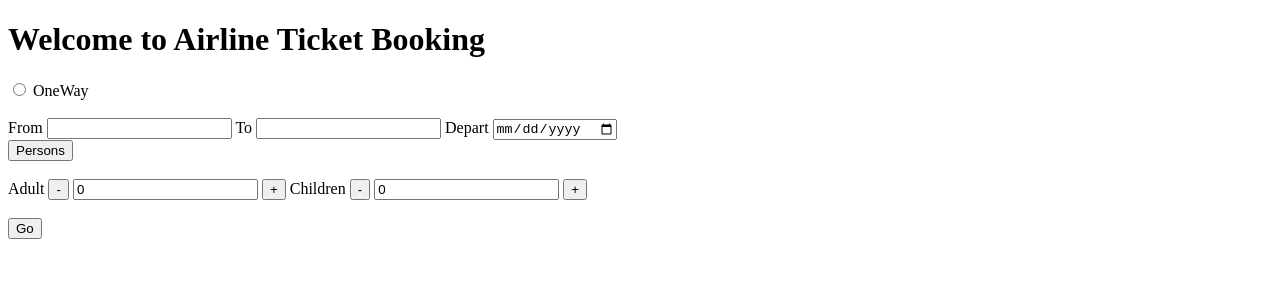
Repository: Shivani2392/FlyAwayProject
Page: http://localhost/FlightBookingPortal/OldHomePage.jsp
The author's editor kept a copy of each file at every save. The page is drawn from the files as they stood at one save, then again after the next save.
The browser window is 1280 px wide. The pictures show the whole page.
The page is served by Tomcat 9.

Above is the page before, as saved 2020-11-23 14:16:37.
Not found: FlightBookingPortal/FlightBookingPortal/Script.js

After the next save:
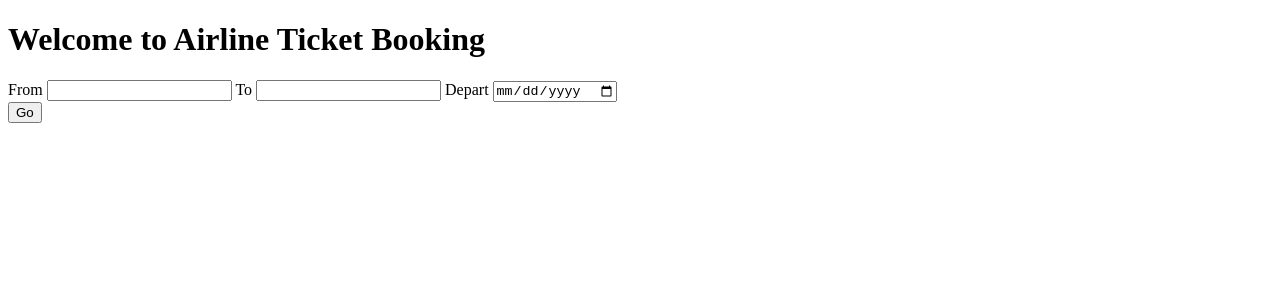
Saved 75 s later.
--- a/FlightBookingPortal/src/main/webapp/OldHomePage.jsp
+++ b/FlightBookingPortal/src/main/webapp/OldHomePage.jsp
@@ -14,9 +14,6 @@
 <form action="HomePageServlet" method="post">
 
 
-
-<input type="radio" id="onewaytrip" name="tripwayoneortwo" value="onewaytrip">
-<label for="roundtrip">OneWay</label><br><br>
 <label for="Source">From</label>
 <input type="text" name="From">
 <label for="Destination">To</label>
@@ -28,28 +25,9 @@
 
 <label for="Numberofpeopletobetravelled"></label>
 
- <div class="dropdown">
-
-    <button class="dropbtn">Persons
-      <i class="fa fa-caret-down"></i>
-    </button><br><br>
-    <div class="dropdown-content">
-       <label for="Adultnumber">Adult</label>
-       <button id="substract">-</button>
-       <input type="number" value="0" name="Adult">
-       <button id="add">+</button>
-
-       <label for="Adultnumber">Children</label>
-       <button id="substract">-</button>
-       <input type="number" value="0" name="Child">
-       <button id="add">+</button><br><br>
-    </div>
-    <script src="Script.js"></script>
-  </div>
-
-  <div id="submit">
+<div id="submit">
     <input type="submit" name="Gotoserver" value="Go">
-  </div>
+</div>
 
 </form>
 
